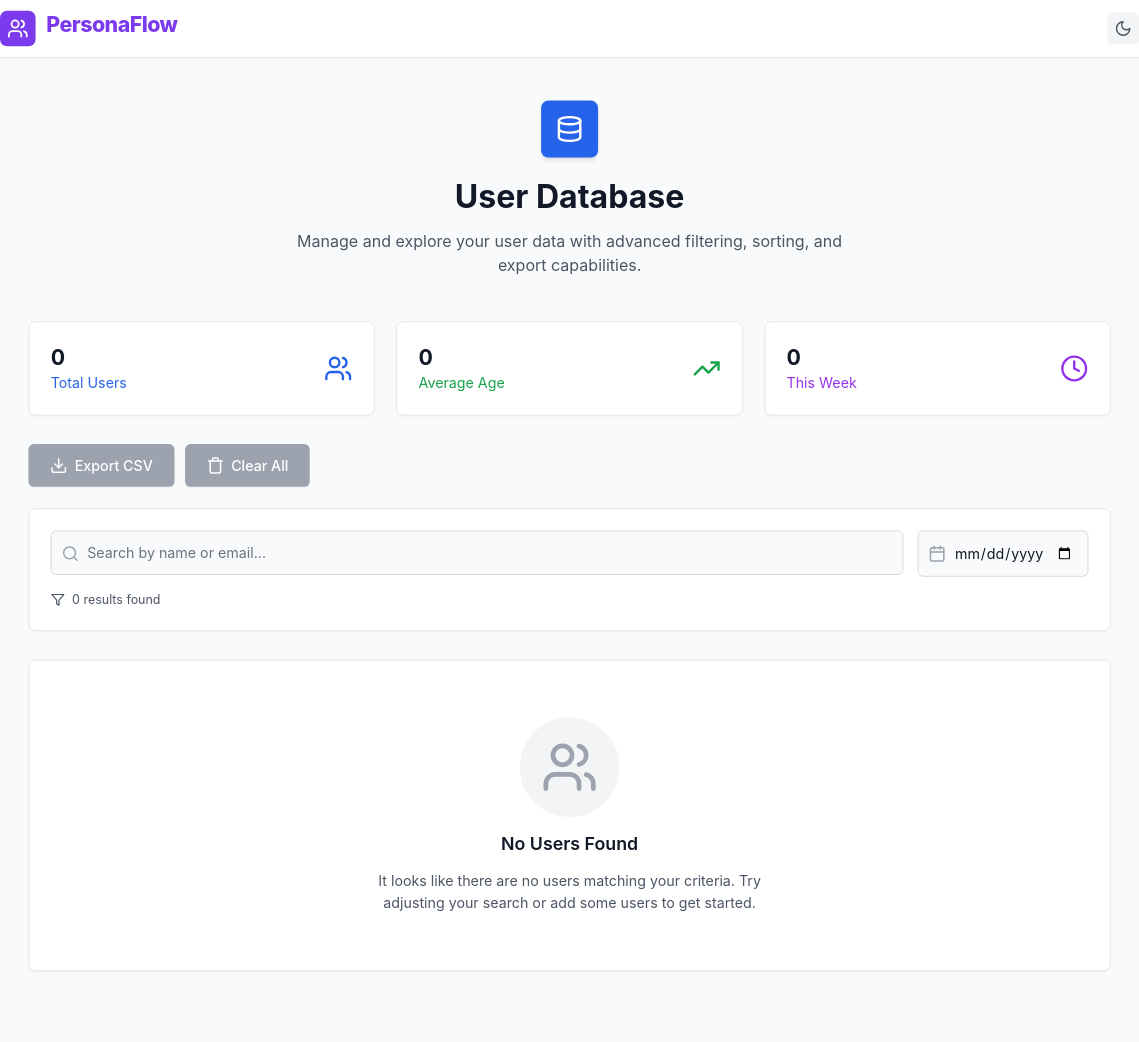
Repository: nikunjagarwal05/PersonaFlow
Page: /view
An editor plug-in stored every save of this project. The page is shown before and after the next save, followed by the edit.
The browser window is 1280 px wide. The pictures show the whole page, at 89% of full size.
The project was rebuilt for these pictures with package versions that can differ from the ones it lists, and the page was loaded fresh each time. Also part of the build but not shown: vite.config.ts, src/components/Toast.jsx, src/components/UserForm.jsx, src/pages/Home.jsx, src/components/Pagination.jsx, src/pages/About.jsx.

Above is the page before, as saved 2025-06-10 18:22:52.

After the next save:
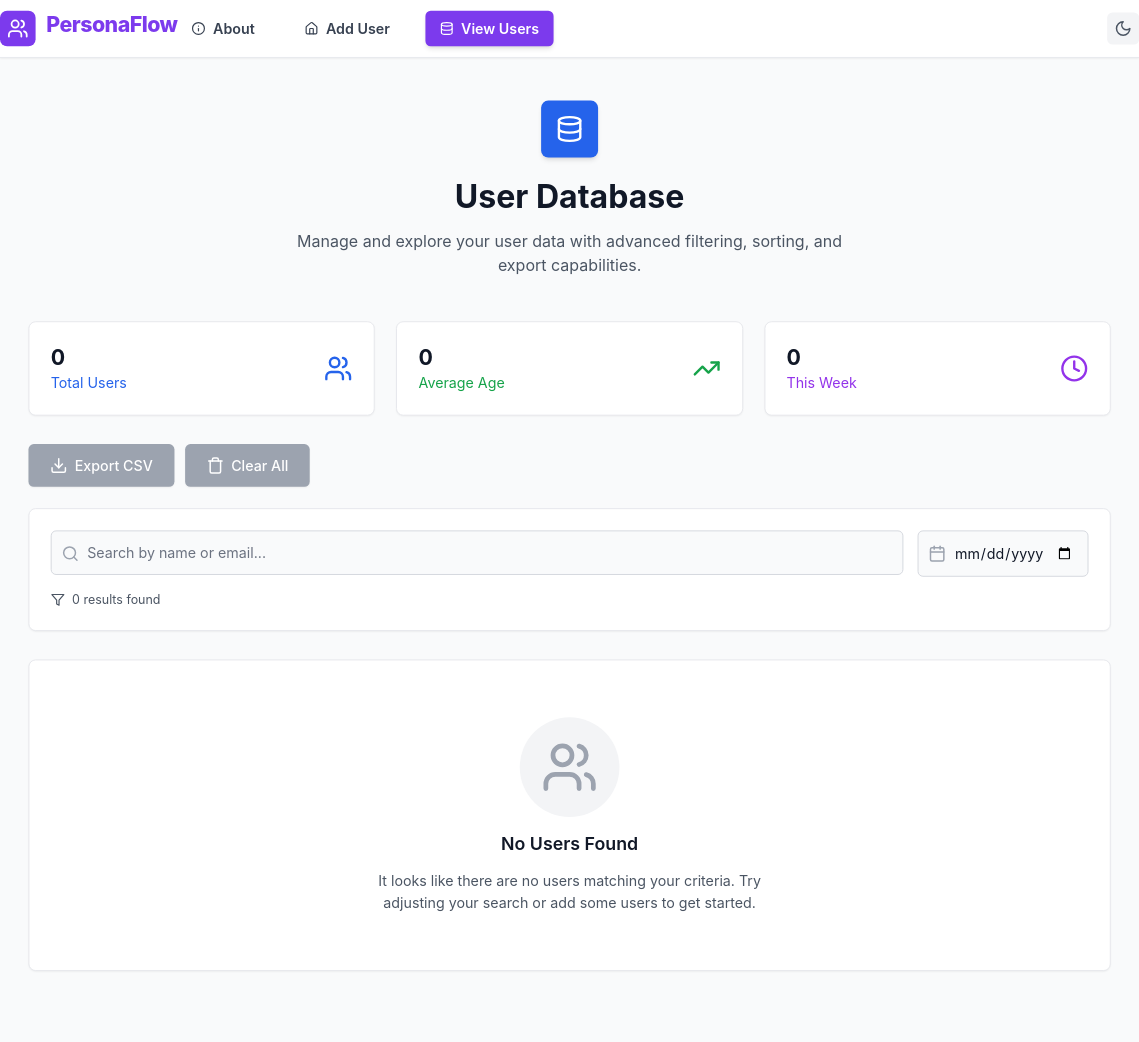
Saved 45 s later.
--- a/src/components/Navbar.jsx
+++ b/src/components/Navbar.jsx
@@ -24,7 +24,7 @@
           </div>
 
           {/* Nav Links Centered */}
-          <div className="flex-1 sm:hidden flex justify-center">
+          <div className="flex-1 hidden md:block flex justify-center">
             <div className="flex items-baseline space-x-6">
               <Link
                 to="/"

After the 3 saves that followed:
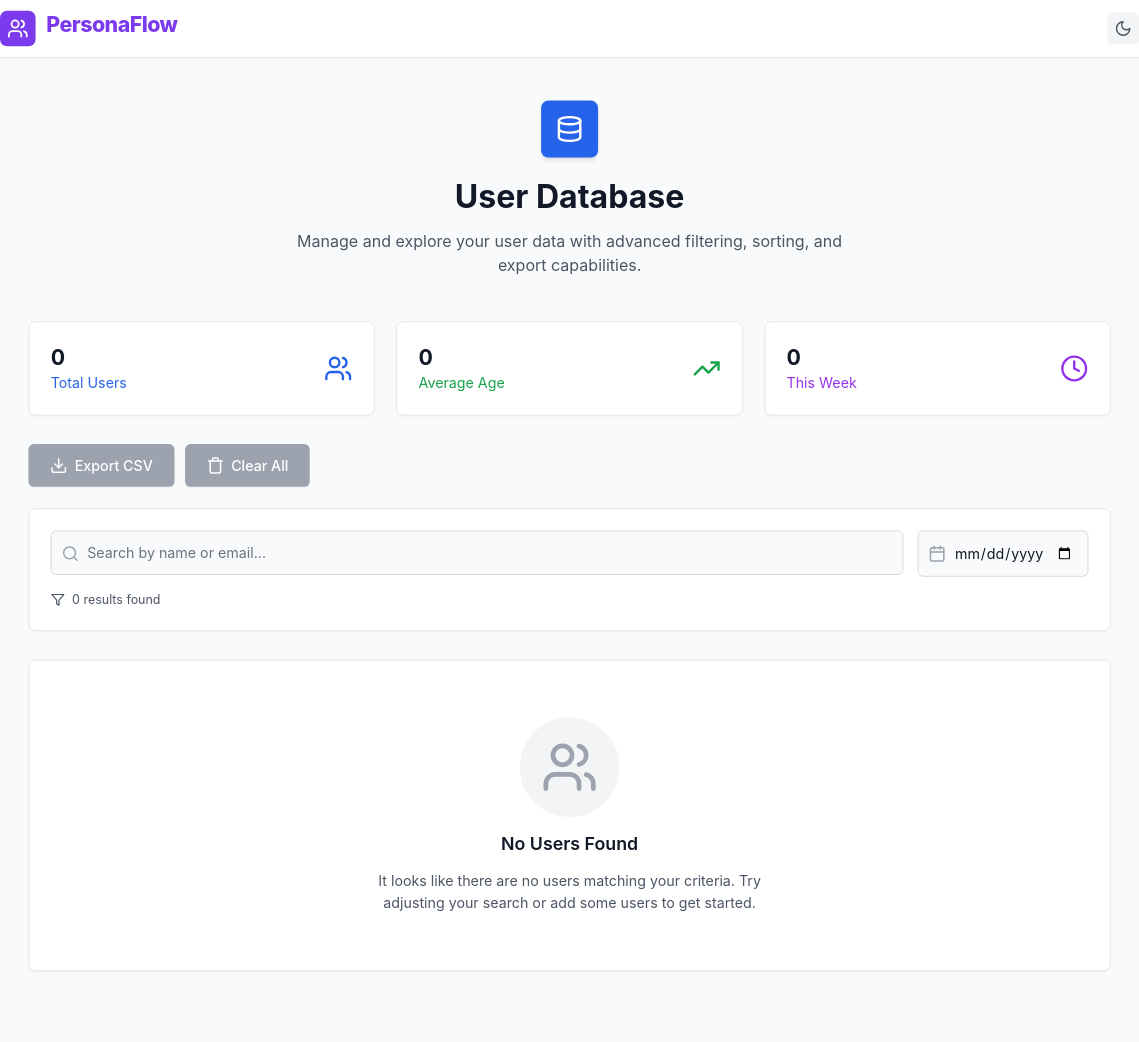
The 3 saves are shown as one change because 1 left the picture as it was and some came seconds apart.
The last was saved 20 s later.
--- a/src/components/Navbar.jsx
+++ b/src/components/Navbar.jsx
@@ -24,7 +24,7 @@
           </div>
 
           {/* Nav Links Centered */}
-          <div className="flex-1 hidden md:block flex justify-center">
+          <div className="flex-1 sm:hidden flex justify-center">
             <div className="flex items-baseline space-x-6">
               <Link
                 to="/"
